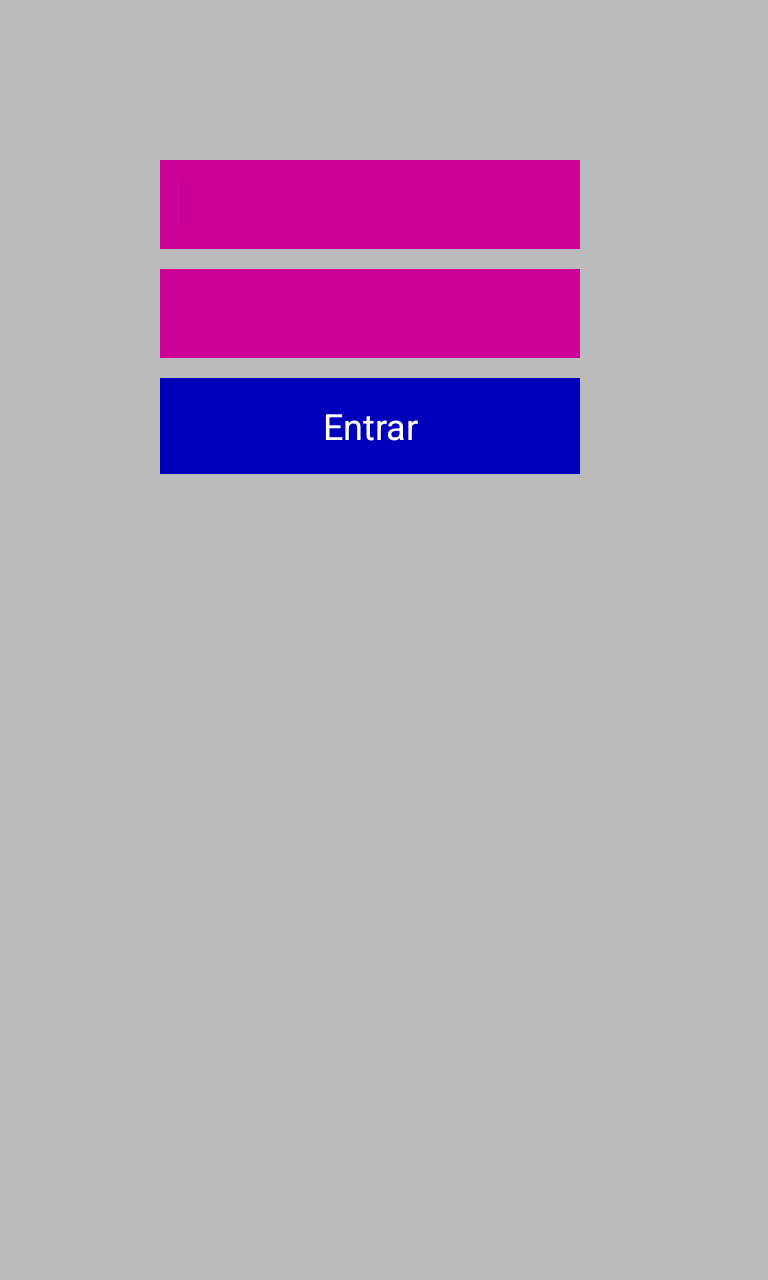
Repository: christianchi/di
Layout: 09 Drawable/UsoDrawNinePatch/res/layout/activity_main.xml
An editor plug-in stored every save of this project. The layout is shown before and after the next save, followed by the edit.
It is drawn on a 768 x 1280 px phone screen (xhdpi) without system bars, with theme AppTheme; the app's code is not run.

Above is the layout before, as saved 2014-01-16 08:50:06.

After the next save:
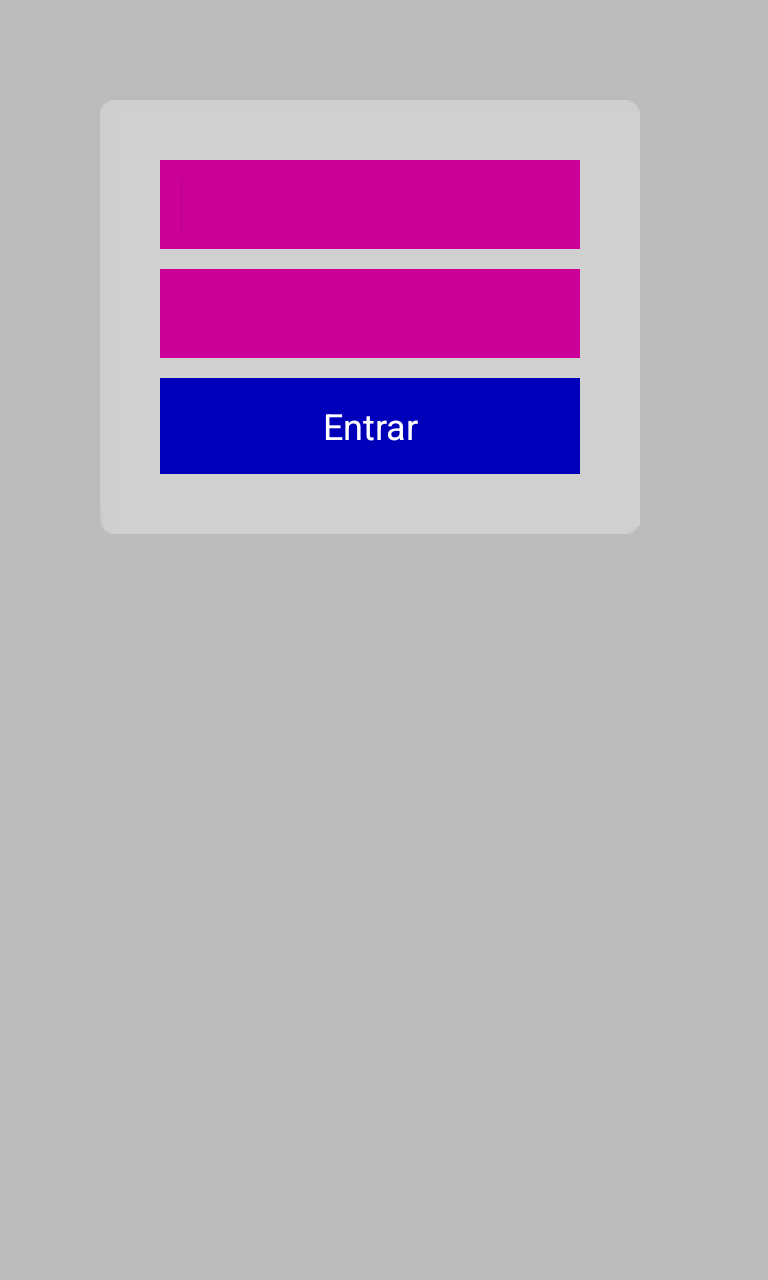
Saved 2 min 3 s later.
--- a/09 Drawable/UsoDrawNinePatch/res/layout/activity_main.xml
+++ b/09 Drawable/UsoDrawNinePatch/res/layout/activity_main.xml
@@ -8,7 +8,7 @@
     <LinearLayout
         android:layout_width="wrap_content"
         android:layout_height="wrap_content"
-        android:background="#bbb"
+        android:background="@drawable/bg_login_white"
         android:orientation="vertical"
         android:padding="30dp" >
 
